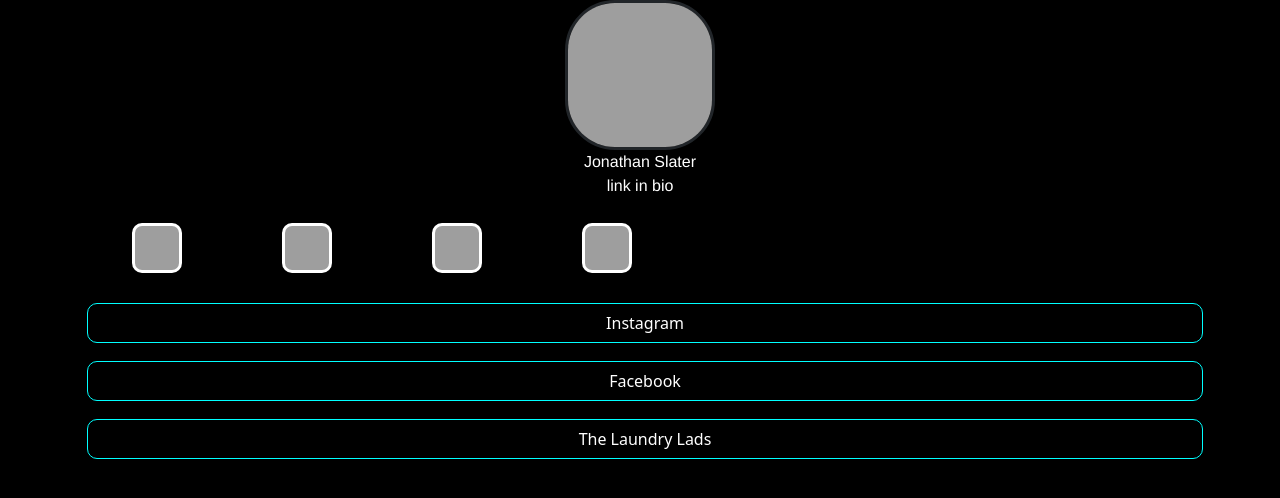
Repository: jontslater/LAB-link-in-bio
Page: index.html
An editor plug-in stored every save of this project. The page is shown before and after the next save, followed by the edit.
The browser window is 1280 px wide. The pictures show the whole page.
Pictures or frames that could not be fetched are drawn as grey boxes.

Above is the page before, as saved 2023-10-15 15:24:52.

After the next save:
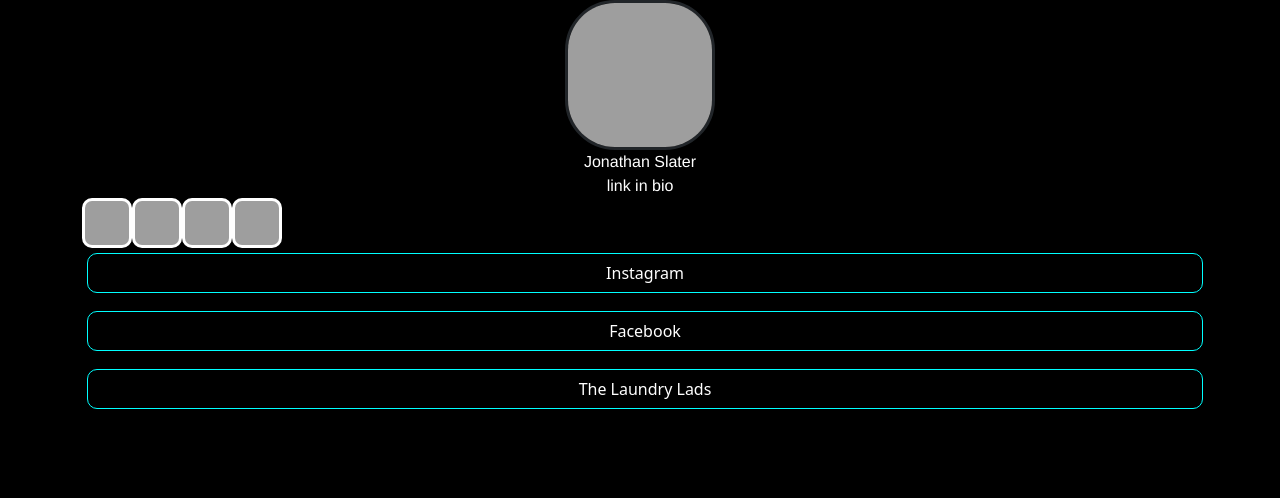
Saved 16 s later.
--- a/main.css
+++ b/main.css
@@ -48,7 +48,5 @@
 }
 
 .side {
-  margin-left: 50px;
-  margin-right: 50px;
-  margin-block: 25px;
+  align-content: center;
 }
